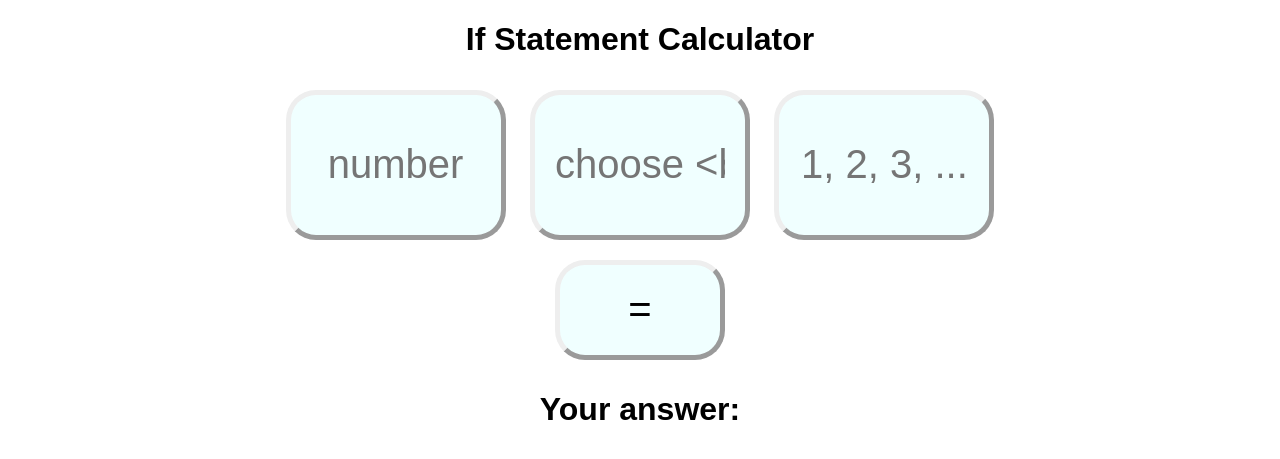
Repository: WesleyErasmus/threeInputCalculator
Page: html/if-calculator.html
An editor plug-in stored every save of this project. The page is shown before and after the next save, followed by the edit.
The browser window is 1280 px wide. The pictures show the whole page.

Above is the page before, as saved 2022-04-27 22:32:30.

### html/if-calculator.html
<!DOCTYPE html>
<html lang="en">
<head>
    <meta charset="UTF-8">
    <meta http-equiv="X-UA-Compatible" content="IE=edge">
    <meta name="viewport" content="width=device-width, initial-scale=1.0">
    <title>JS If Calculator</title>
    <link rel="stylesheet" href="/css/stylesheet.css">
    <script src="/js/if-calculator.js"></script>
</head>
<body>

<center>
    <form onsubmit="return false;">
        <h1>If Statement Calculator</h1>
         <input id="input1" type="text" name = "input1" placeholder="number"> <!-- input-1 -->
         <input id="input3" type="text" name = "input3" placeholder="choose <br>(+ - * /)"> <!-- input-3 (operator) -->
         <input id="input2" type="text" name = "input2" placeholder="1, 2, 3, ..."> <!-- input-2 -->
        <div>
         <button onclick="sum()">=</button>
        </div>
         <h1>Your answer:</h1>
         <p id="output"></p>
    </form>
</center>
</body>
</html>

### css/stylesheet.css
body {
font-family: sans-serif;
}
form {
display: block;
margin: 0 auto;
}
input {
    background-color: azure;
    width: 170px;
    height: 100px;
    padding: 20px;
    margin: 10px;
    text-align: center;
    font-size: 40px;
    border-radius: 30px;
    border: 5px outset;
}
button {
    background-color: azure;
    width: 170px;
    height: 100px;
    padding: 0;
    margin: 10px;
    font-size: 40px;
    border-radius: 30px;
    border: 5px outset;
}
p {
    text-align: center;
    margin: 10px;
    padding: 20px;
    font-size: 75px;
    border-radius: 10px;
}

### js/if-calculator.js
function sum() {
const num1 = document.getElementById("input1").value;
const num2 = document.getElementById("input2").value;
const operator = document.getElementById("input3").value;
const output = document.getElementById("output").value;
  let answer;
  document.getElementById("output").value;
  if (operator == '+') {
    answer = +num1 + +num2;
    document.getElementById("output").innerHTML = answer;
  } else if (operator == '-') {
    answer = num1 - num2;
    document.getElementById("output").innerHTML = answer;
  } else if (operator == '*') {
    answer = num1 * num2;
    document.getElementById("output").innerHTML = answer;
  } else {
    answer = num1 / num2;
    document.getElementById("output").innerHTML = answer;
  }console.log(answer);
}

After the next save:
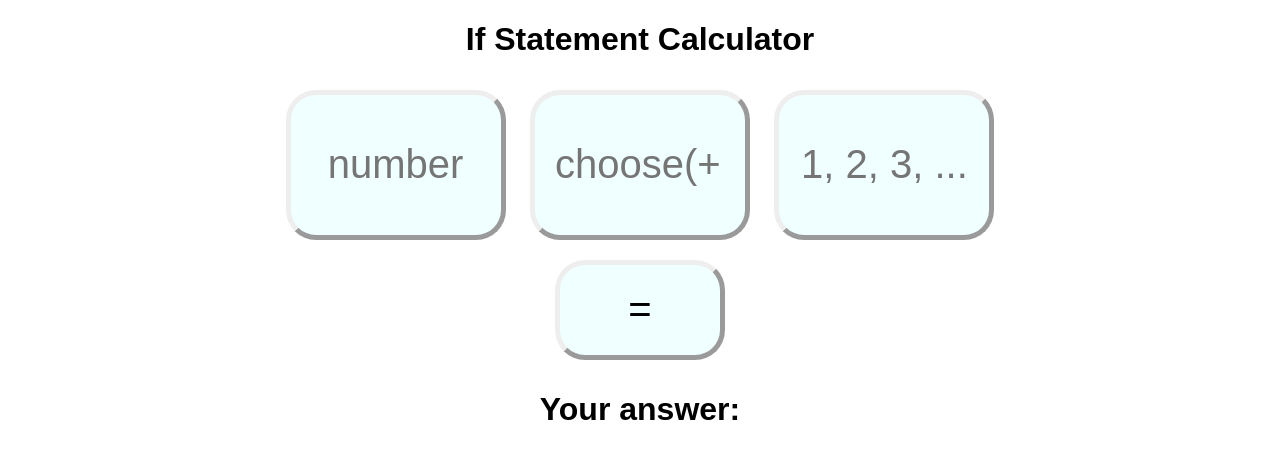
Saved 7 s later.
--- a/html/if-calculator.html
+++ b/html/if-calculator.html
@@ -14,7 +14,7 @@
     <form onsubmit="return false;">
         <h1>If Statement Calculator</h1>
          <input id="input1" type="text" name = "input1" placeholder="number"> <!-- input-1 -->
-         <input id="input3" type="text" name = "input3" placeholder="choose <br>(+ - * /)"> <!-- input-3 (operator) -->
+         <input id="input3" type="text" name = "input3" placeholder="choose(+ - * /)"> <!-- input-3 (operator) -->
          <input id="input2" type="text" name = "input2" placeholder="1, 2, 3, ..."> <!-- input-2 -->
         <div>
          <button onclick="sum()">=</button>
